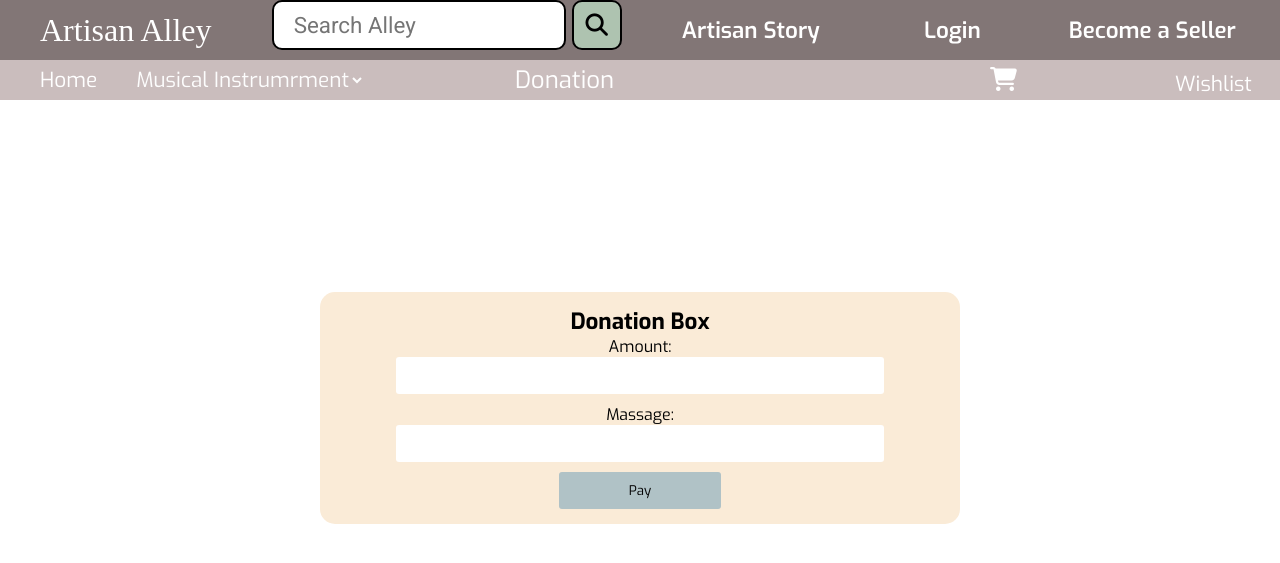
Repository: RingkhangBTY/Bytehacks_Hackathon_Project
Page: donation.html
The author's editor kept a copy of each file at every save. The page is drawn from the files as they stood at one save, then again after the next save.
The browser window is 1280 px wide. The pictures show the whole page.
Some web fonts or font styles are not loaded; a fallback is used.

Above is the page before, as saved 2024-11-27 10:49:52.

### donation.html
<!DOCTYPE html>
<html lang="en">
<head>
    <meta charset="UTF-8">
    <meta name="viewport" content="width=device-width, initial-scale=1.0">
    <title>Document</title>
    <link
      rel="stylesheet"
      href="https://cdnjs.cloudflare.com/ajax/libs/font-awesome/6.7.1/css/all.min.css"
      integrity="sha512-5Hs3dF2AEPkpNAR7UiOHba+lRSJNeM2ECkwxUIxC1Q/FLycGTbNapWXB4tP889k5T5Ju8fs4b1P5z/iB4nMfSQ=="
      crossorigin="anonymous"
      referrerpolicy="no-referrer"
    />
    <link rel="stylesheet" href="style.css">
    <link rel="stylesheet" href="login/donation-style.css">
</head>
<body>
    <header>
        <div class="split-div">
            <div class="half half-top">
              <a href="index.html" class="logo">Artisan Alley</a>

              <div class="searchdiv">
                <input
                  type="text"
                  placeholder="Search Alley"
                  class="searchbar"
                  id=""
                />

                <div class="search-icon">
                  <button class="alley-search">
                    <i class="fa-solid fa-magnifying-glass"></i>
                  </button>
                </div>
              </div>

              <div class="artisan-story">
                <a href="artisan-story.html" class="story" id="">Artisan Story</a>
              </div>

              <div class="login-and-seller">
                <a href="login/login.html" class="account-login login" id="">Login</a>
                <a href="" class="seller-login login" id="">Become a Seller</a>
              </div>
            </div>

            <div class="half half-bottom">
              <div class="home-and-categories nav2">
                <a href="index.html" class="home">Home</a>

                <label for="categories"></label>
                <select id="categories" class="categories">
                  <option value="" disabled selected>Categories</option>
                  <option value="" selected>Painting</option>
                  <option value="" selected>Sculpture</option>
                  <option value="" selected>Drawing</option>
                  <option value="" selected>Handcraft</option>
                  <option value="" selected>Musical Instrumrment</option>
                </select>
              </div>

              <div class="donation-container nav2">
                <a class="donation" href="donation.html">Donation</a>
              </div>

              <div class="cart-wishlist nav2">
                <a href="index.html" class="cart" id=""
                  ><i class="fa-solid fa-cart-shopping"></i
                ></a>

                <button class="wishlist" id="">Wishlist</button>
              </div>
            </div>
          </div>
    </header>

    <main>
        <div class="donate-con">
            <div class="donation-cont">
                <!-- <h2>Welcome to </h2> -->
                <form id="donation from">
                    <h3>Donation Box</h3>
                    <lab for="donation">Amount:</lab>
                    <input type="amount" id="text" name="donate" required>

                    <lab for="donation"> Massage:</lab>
                    <input type="text" id="text" name="donate" >

                    <button type="submit">Pay</button>
                </form>
            </div>
        </div>
    </main>
</body>
</html>

### style.css
@import url("https://fonts.googleapis.com/css2?family=Roboto:ital,wght@0,100;0,300;0,400;0,500;0,700;0,900;1,100;1,300;1,400;1,500;1,700;1,900&display=swap");
@import url("https://fonts.googleapis.com/css2?family=Edu+AU+VIC+WA+NT+Pre:wght@400..700&display=swap");
@import url("https://fonts.googleapis.com/css2?family=Exo:ital,wght@0,100..900;1,100..900&display=swap");

* {
  margin: 0;
  padding: 0;
  box-sizing: border-box;
  font-family: Exo;
}

body {
  header {
    .split-div {
      width: 100%;
      height: 30%;

      .half {
        width: 100%;
      }

      .half-top {
        background-color: #827676;
        height: 70%;
        display: flex;
        justify-content: space-between;
        align-items: center;

        .logo {
          text-decoration: none;
          color: white;
          font-size: 2rem;
          font-family: Edu AU VIC WA NT Pre, cursive;
          font-weight: 500;
          margin-left: 40px;
        }

        .searchdiv {
          display: flex;

          .searchbar {
            height: 50px;
            width: 100%;
            border: black 2px solid;
            outline: none;
            border-radius: 10px;
            padding-left: 20px;
            font-size: 1.4rem;
            font-family: Roboto;
            margin-right: 5px;
          }

          .alley-search {
            display: flex;
            justify-content: center;
            align-items: center;
            width: 50px;
            height: 50px;
            background-color: #aec3b0;
            border: 2px black solid;
            margin-left: 1px;
            border-radius: 10px;
            cursor: pointer;

            i {
              color: black;
              font-size: 1.4rem;
            }
          }
        }

        .artisan-story .story{
          color: white;
          font-size: 1.4rem;
          text-decoration: none;
          font-family: Exo;
          font-weight: 600;
        }

        .login-and-seller {
          height: 60px;
          width: 400px;
          display: flex;
          justify-content: space-around;
          align-items: center;
        }

        .login-and-seller .login {
          color: white;
          font-size: 1.4rem;
          text-decoration: none;
          font-family: Exo;
          font-weight: 600;
        }
      }

      .half-bottom {
        background-color: #cabdbd;
        height: 30%;
        display: flex;
        justify-content: space-between;
        align-items: center;

        .nav2 {
          height: 40px;
          width: 250px;
          display: flex;
          justify-content: space-between;
          align-items: center;
          margin-left: 40px;
          margin-right: 40px;

          .home {
            text-decoration: none;
            color: white;
            margin-right: 10%;
            font-size: 1.3rem;
          }

          .categories {
            height: 100%;
            padding-left: 10px;
            text-align: center;
            border: none;
            background: transparent;
            border-radius: 5px;
            outline: none;
            font-size: 1.3rem;
            color: #fdfdfd;
            cursor: pointer;
          }
          .categories option[selected]{
            margin-left: 20px;
            background-color: #e6f7ff;
            color: #2a2828;
          }

          .donation{
            display: block;
            text-decoration: none;
            font-size: 1.5rem;
            color: white;
          }

          .cart {
            text-decoration: none;
            font-size: 1.5rem;
            color: white;
          }

          .wishlist {
            height: 100%;
            border-radius: 5px;
            background: transparent;
            border: none;
            outline: none;
            font-size: 1.3rem;
            color: white;
          }
        }
      }
    }
  }
}

.products{
  display: flex;
  gap: 10px;
  margin: 10px;
}

.left-container,.middle-container,.right-container{
  display: flex;
  border-radius: 5px;
  padding: 5px;
  padding-top: 10px;
  width: auto;
}
.left-container{
  padding-left: 17%;
}
.right-container{
  padding-right: 17%;
}
.grid-layout{
  display: grid;
  grid-template-rows: auto ;
  gap: 10px;
}
.grid-item{
  background-color: antiquewhite;
  border: 1px solid #ccc;
  width: 100%;
  border-radius: 5px;
  text-align: center;
  padding: 10px;
  padding-bottom: 10px;
}
.grid-item img{
  width: 100%;
  height: auto;
  border-radius: 5px;
}
.grid-item p{
  font-size: large;
  font-family: Cambria, Cochin, Georgia, Times, 'Times New Roman', serif;
  margin-bottom: 5%;
}

footer{
  background-color: #827676;
    color: #fff;
    padding: 20px 40px;
    text-align: center;
}

.footer-container{
  display: flex;
  justify-content: space-between;
  flex-wrap: wrap;
    gap: 40px;
    max-width: 1200px;
    margin: 0 auto;
    padding-left: 20%;
    padding-right: 20%;
}

.imfo-container{
  display: flex;
    flex-direction: column;
    align-items: center;
    gap: 10px;
}

.imfo-container h6{
  display: flex;
  flex-direction: column;
  font-size: 1rem;
  line-height: 1.6rem;
  display: flex;
  flex-direction: column;
  align-items: center;
  color: #ddd;
  margin: 10px auto;
}
.imfo-container  p, .imfo-container a{
  font-size: 1rem;
  line-height: 1.6rem;
  color: #ddd;
  text-decoration: none;
  display: block;
}

### login/donation-style.css
.donate-con{
    justify-items: center;
}

.donation-cont{
    background-color: antiquewhite;
    border-radius: 15px;
    padding: 15px;
    width: 50%;
    justify-items: center;
    text-align: center;
    margin-top: 15%;
    justify-content: center;
  }

  .donation-cont h3{
    font-size: 1.4rem;
  }

  label{
    display: block;
    text-align: left;
    margin-bottom: 5px;
    font-weight: bold;
  }

  input{
    width: 90%;
    padding: 10px;
    margin-bottom: 10px;
    border: 1px snow;
    border-radius: 3px;
  }

  button{
    width: 30%;
    padding: 10px;
    background-color: rgb(176, 194, 198);
    color: rgb(4, 4, 4);
    border: none;
    border-radius: 3px;
    cursor: pointer;
  }

  .donation-cont h

  .donation-cont:hover{
    transform: translateY(-5px);
    box-shadow: 0 7px rgba(0,0, 0, 0.2);
  }

After the next save:
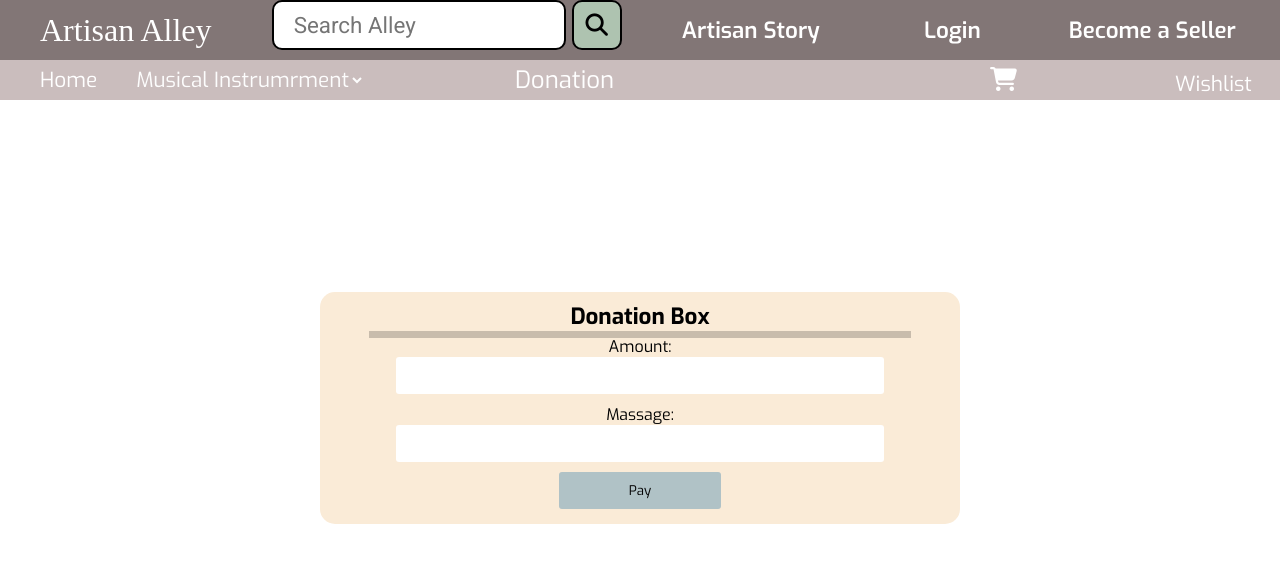
Saved 26 s later.
--- a/login/donation-style.css
+++ b/login/donation-style.css
@@ -42,7 +42,7 @@
     cursor: pointer;
   }
 
-  .donation-cont h
+  .donation-cont h3,
 
   .donation-cont:hover{
     transform: translateY(-5px);

After the save that followed:
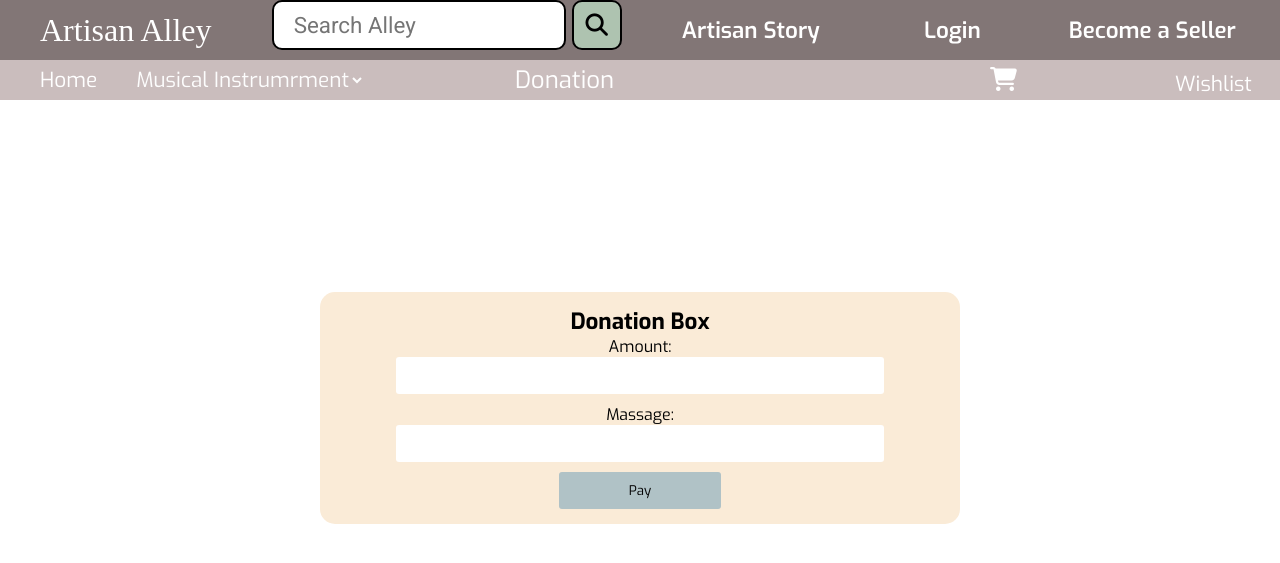
Saved 45 s later.
--- a/login/donation-style.css
+++ b/login/donation-style.css
@@ -42,8 +42,6 @@
     cursor: pointer;
   }
 
-  .donation-cont h3,
-
   .donation-cont:hover{
     transform: translateY(-5px);
     box-shadow: 0 7px rgba(0,0, 0, 0.2);
